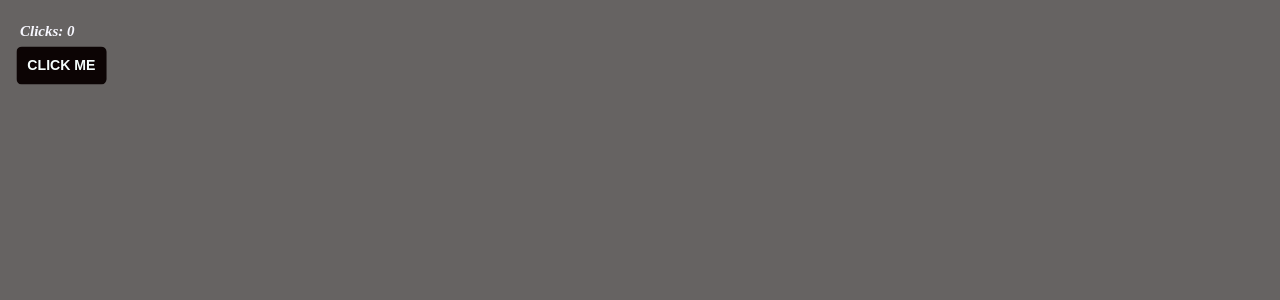
Repository: MeekyBerry/Chasing-Clicks
Page: / (app in chasing-clicks/)
These files come from the project's save history. The page is drawn as it stood at one moment and after the next save; the edit follows.
The browser window is 1280 px wide. The pictures show the whole page.
The project was rebuilt for these pictures with package versions that can differ from the ones it lists, and the page was loaded fresh each time.

Above is the page before, as saved 2023-04-14 18:26:08.

After the next save:
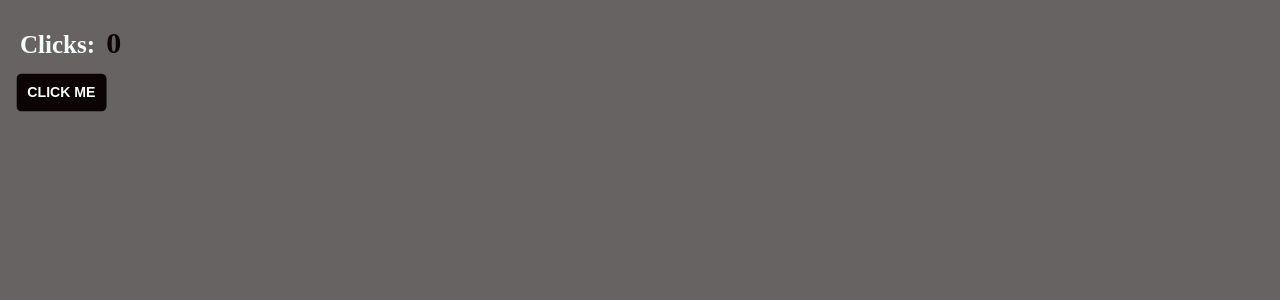
Saved 63 s later.
--- a/chasing-clicks/src/App.js
+++ b/chasing-clicks/src/App.js
@@ -68,7 +68,7 @@ const incrementCount = () => {
 
 return (
   <div className="app">
-    <h1 className="click--text">Clicks: {count}</h1>
+    <h1 className="click--title">Clicks: <strong className="click--text__count">{count}</strong></h1>
     <button onClick={incrementCount} className="click--btn">Click Me</button>
     {/* <h2>Clicks by Location</h2>
     <ul>
